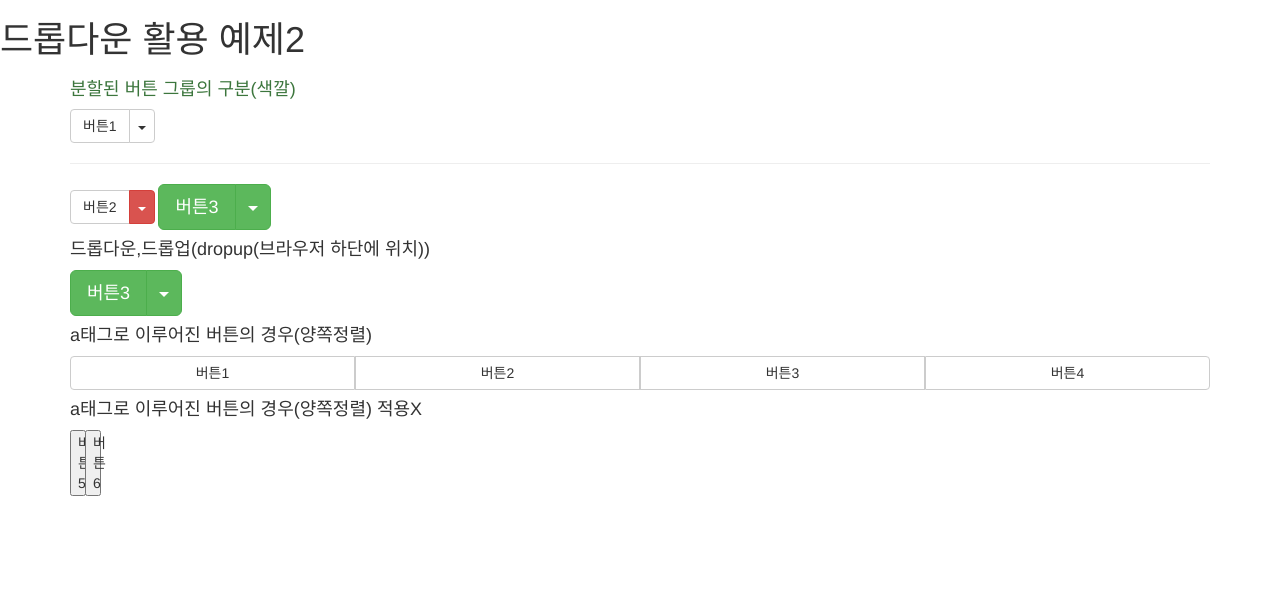
Repository: RYE415/4.jsp
Page: BootstrapTest/src/main/webapp/7.component/5.buttondropdown.html
These files come from the project's save history. The page is drawn as it stood at one moment and after the next save; the edit follows.
The browser window is 1280 px wide. The pictures show the whole page.
Some web libraries are served in a nearby version.

Above is the page before, as saved 2022-08-10 01:36:11.

After the next save:
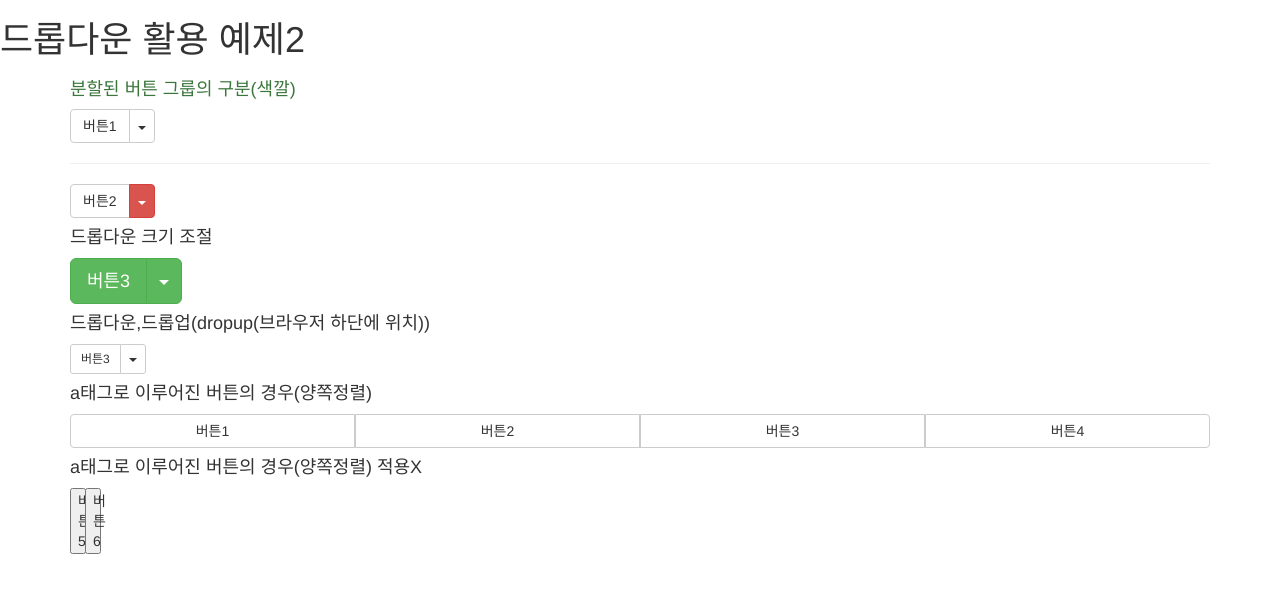
Saved 48 s later.
--- a/BootstrapTest/src/main/webapp/7.component/5.buttondropdown.html
+++ b/BootstrapTest/src/main/webapp/7.component/5.buttondropdown.html
@@ -61,6 +61,8 @@
 	     <!--
 	     	3.버튼의 드롭다운의 크기조절(btn-lg,btn-sm,btn-xs)
 	      -->
+
+	      <h4>드롭다운 크기 조절</h4>
 	     <div class="btn-group">
 
 	     	<button type="button" class="btn btn-default btn-success btn-lg">버튼3</button>
@@ -78,10 +80,10 @@
 	     <h4>드롭다운,드롭업(dropup(브라우저 하단에 위치))</h4>
 	      <div class="btn-group">
 
-	     	<button type="button" class="btn btn-default btn-success btn-lg">버튼3</button>
+	     	<button type="button" class="btn btn-default btn-muted btn-sm">버튼3</button>
 	     	<!---->
 	     	<button type="button" data-toggle="dropdown"
-	     	class="btn btn-default dropdown-toggle btn-success btn-lg">
+	     	class="btn btn-default dropdown-toggle btn-muted btn-sm">
 	     	<span class="caret"></span></button>
 		    <ul class="dropdown-menu">
 	     		<li><a tabindex="-1" href="#">공지사항</a></li>
